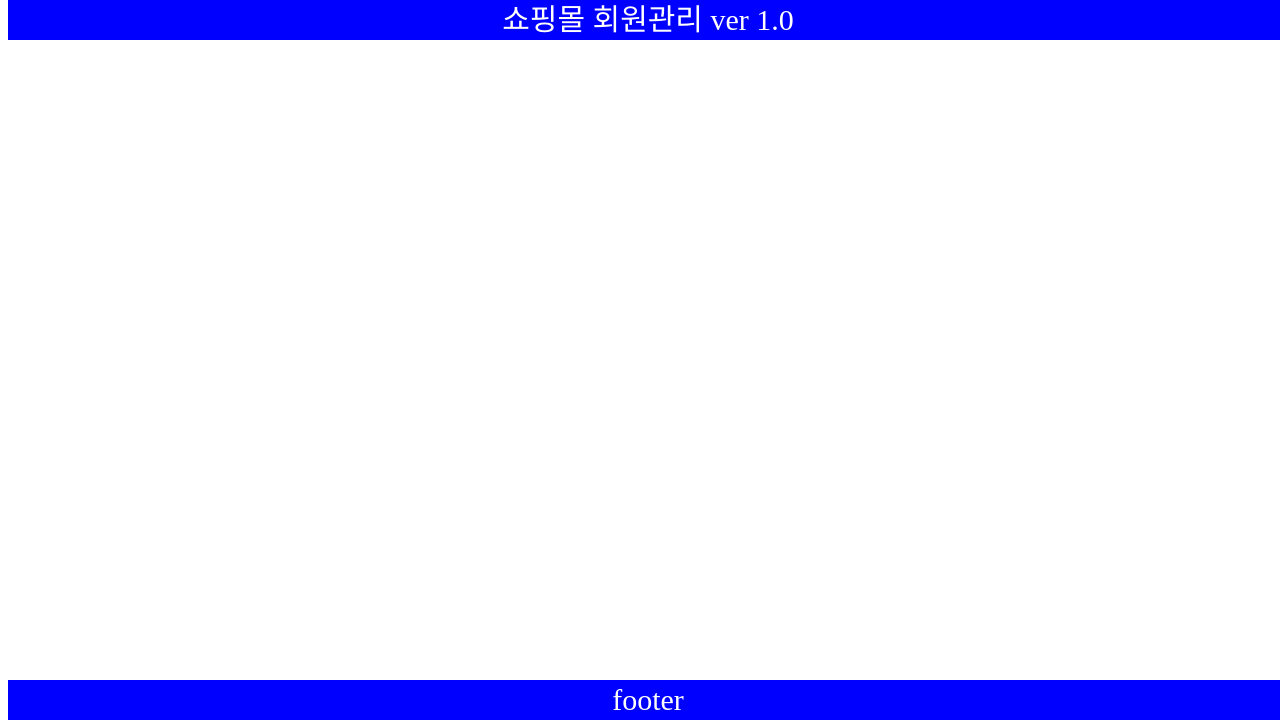
Repository: leesuyeon116/HRD_1
Page: http://localhost/HRD_0416/
These files come from the project's save history. The page is drawn as it stood at one moment and after the next save; the edit follows.
The browser window is 1280 px wide. The pictures show the whole page.
The page is served by Tomcat 9.

Above is the page before, as saved 2024-04-16 07:13:16.

After the next save:
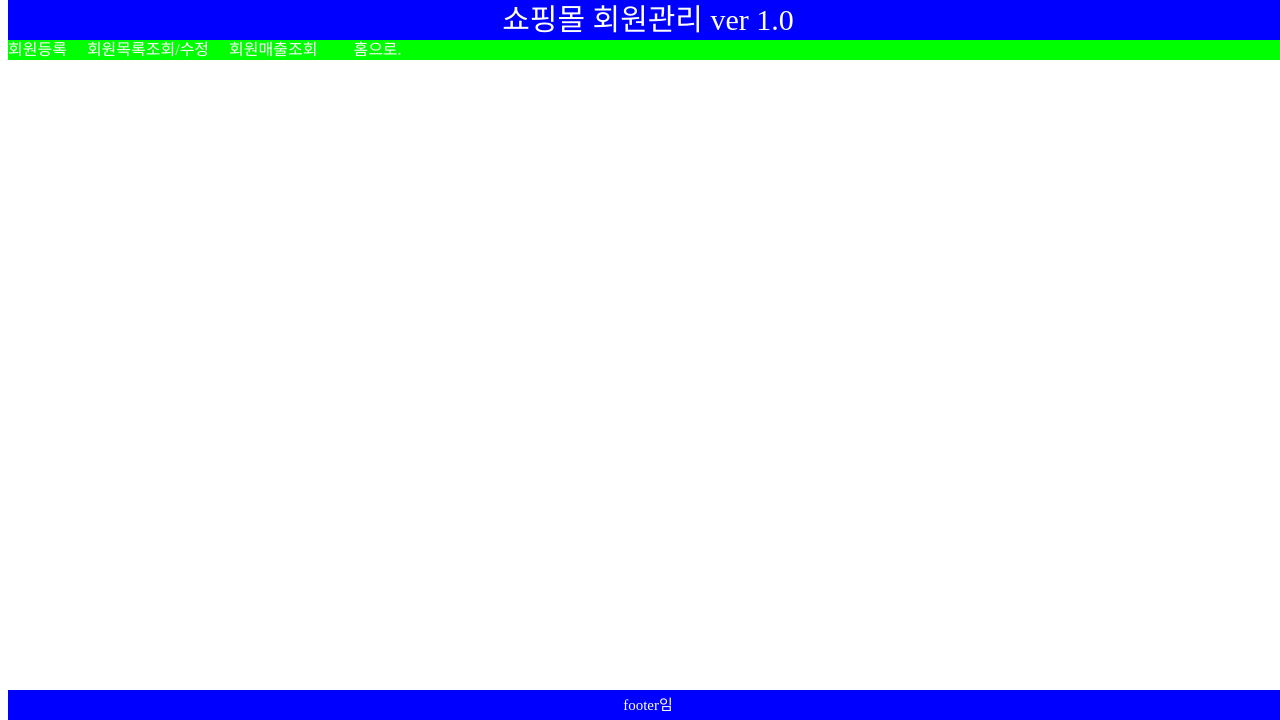
Saved 5 min 12 s later.
--- a/HRD_0416/src/main/webapp/index.jsp
+++ b/HRD_0416/src/main/webapp/index.jsp
@@ -10,9 +10,13 @@
 <header style="position: fixed; top: 0px; width: 100%; height: 40px; background-color: blue; color: white;
 	text-align: center; line-height: 40px; font-size: 30px"> 쇼핑몰 회원관리 ver 1.0 </header>
 
+<nav style="position: fixed; top: 40px; width: 100%; height: 20px; background-color: lime; color: white; line-height: 20px;">
+회원등록 &nbsp; &nbsp; 회원목록조회/수정 &nbsp; &nbsp; 회원매출조회 &nbsp; &nbsp; &nbsp; &nbsp; 홈으로.</nav>
 
 
-<footer style="position: fixed; bottom: 0px; width: 100%; height: 40px; background-color: blue; color: white;
-	text-align: center; line-height: 40px; font-size: 30px;">footer</footer>
+
+
+<footer style="position: fixed; bottom: 0px; width: 100%; height: 30px; background-color: blue; color: white;
+	text-align: center; line-height: 30px; font-size: 15px;">footer임</footer>
 </body>
 </html>
